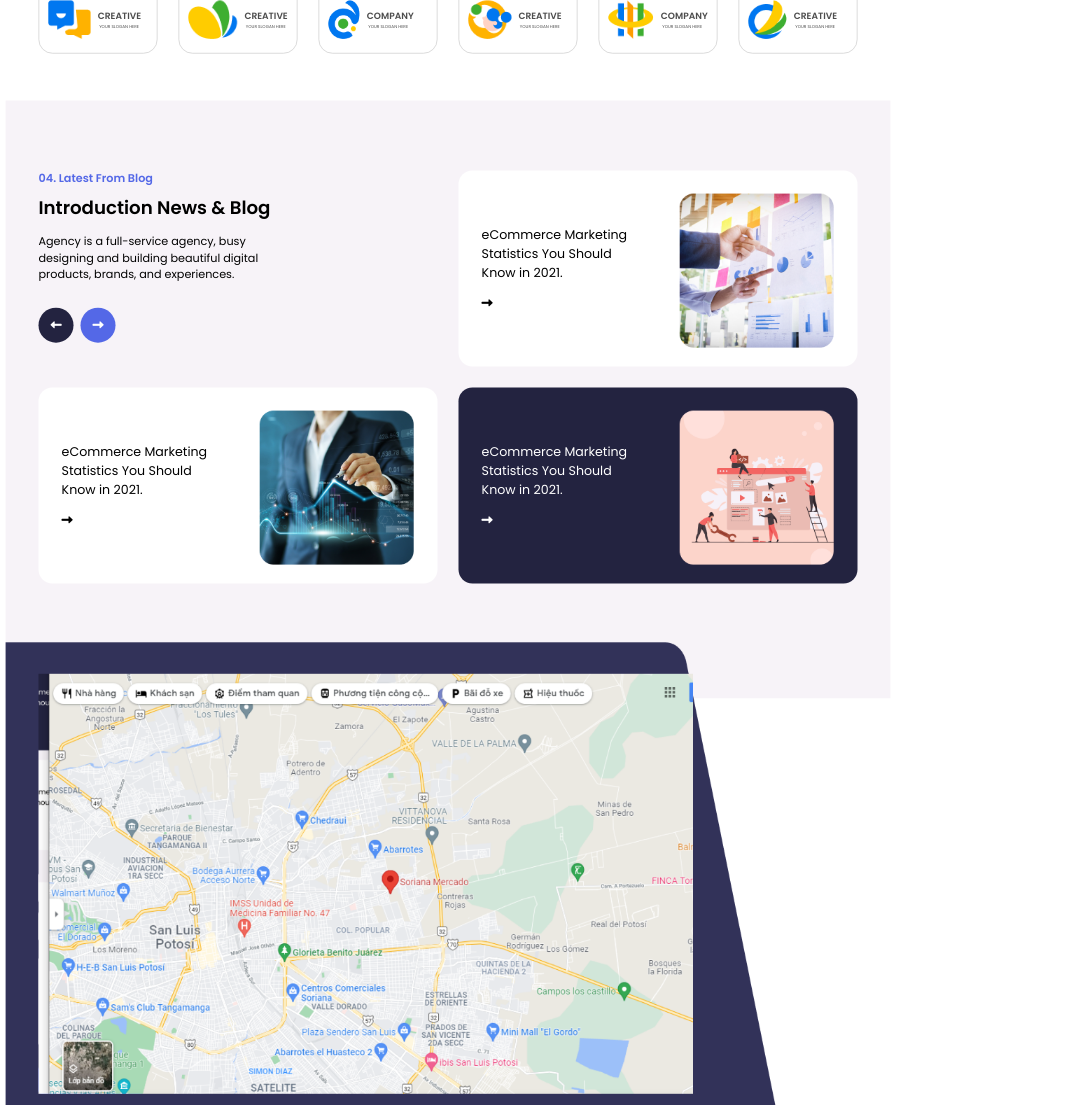
Repository: tranchi0120/LangdingPage-Htmlcss-Ago
Page: index.html
The author's editor kept a copy of each file at every save. The page is drawn from the files as they stood at one save, then again after the next save.
The browser window is 1280 px wide. The page is 1280 px wide, then 1560 px, so the pictures cover 1560 px, including what lies to the right of the window. The pictures show the part of the page from y = 3352 to 4952 px (the page is 4937 px tall before and 4952 px after), at 70% of full size.
Some web libraries are served in a nearby version. The style sheet was rebuilt from its Sass, Less or Tailwind sources for each picture, by a compiler version that may differ from the author's.

Above is the page before, as saved 2022-07-15 10:14:33.

### index.html
<!DOCTYPE html>
<html lang="en">

<head>
    <meta charset="UTF-8" />
    <meta http-equiv="X-UA-Compatible" content="IE=edge" />
    <meta name="viewport" content="width=device-width, initial-scale=1.0" />
    <title>Ago</title>
    <!-- css -->
    <link rel="stylesheet" href="./css/app.css" />
    <!-- google font  -->
    <link rel="preconnect" href="https://fonts.googleapis.com" />
    <link rel="preconnect" href="https://fonts.gstatic.com" crossorigin />
    <link href="https://fonts.googleapis.com/css2?family=Poppins:wght@400;600&display=swap" rel="stylesheet" />
    <!-- google icon awaresome -->
    <link rel="stylesheet" href="https://cdnjs.cloudflare.com/ajax/libs/font-awesome/6.1.1/css/all.min.css">
    <!-- sass ./sass/app.scss ./css/app.css --watch -->
</head>

<body>
    <header class="header">
        <div class="header-top container">
            <span class="header-top-title">
                Welcome to Ago! Building Creative Business Agency
            </span>
            <div class="header-top-right">
                <div class="header-login">
                    <i class="fa-solid fa-user"></i>
                    <a href="#!" style="color:#666666">Login</a>
                </div>
                <div class="header-nation">
                    <i class="fa-solid fa-globe"></i>
                    <span class="header-language">English</span>
                    <i class="fa-solid fa-angle-down"></i>
                </div>
            </div>
        </div>
        <div class="header-line">
        </div>
        <div class="header-under container">
            <div class="header-under-logo">
                <div class="header-under-image">
                    <img class="header-under-img" src="./images/logo.png" alt="#">
                </div>
                <span class="header-under-name">Ago</span>
            </div>
            <div class="header-menu">
                <ul class="menu">
                    <li class="menu-item">
                        <a href="#" class="menu-link">Home</a>
                    </li>
                    <li class="menu-item">
                        <a href="#" class="menu-link">Features</a>
                        <i class="fa-solid fa-angle-down"></i>
                    </li>
                    <li class="menu-item">
                        <a href="#" class="menu-link">Services</a>
                    </li>
                    <li class="menu-item">
                        <a href="#" class="menu-link">Pages</a>
                    </li>
                    <li class="menu-item">
                        <a href="#" class="menu-link">Blog</a>
                    </li>
                    <li class="menu-item">
                        <a href="#" class="menu-link">Support</a>
                    </li>
                </ul>
                <div class="menu-button">
                    <i class="fa-solid fa-magnifying-glass menu-icon"></i>
                    <div class="button">Contact Us</div>
                </div>
            </div>
        </div>
    </header>
    <main>
        <section class="hero">
            <div class="container">
                <div class="hero-main">
                    <div class="hero-left">
                        <div class="hero-title">
                            Trusted Professional Service.
                        </div>
                        <span class="hero-content">
                            Ago is a full-service agency, busy designing and building beautiful digital products,
                            brands, and
                            experiences.
                        </span>
                        <div class="hero-button">
                            <div class="button">Recent Work</div>
                        </div>
                        <div class="hero-down">
                            <div class="hero-icondown">
                                <i style="color:#ffffff ;" class="fa-solid fa-arrow-down"></i>
                            </div>
                            <p class="hero-scroll">
                                Scroll Down
                            </p>
                        </div>
                    </div>
                    <div class="hero-right">
                        <img src="./images/hero.png" alt="#">
                    </div>
                </div>
            </div>
        </section>
        <section class="about">
            <div class="container">
                <div class="about-main">
                    <div class="about-images">
                        <img src="./images/about1.png" alt="#" class="about-img1">
                        <img src="./images/about2.png" alt="#" class="about-img2">
                        <img src="./images/about3.png" alt="#" class="about-img3">
                    </div>
                    <div class="about-us">
                        <h5 class="about-number">
                            01. About Us
                        </h5>
                        <div class="about-title">
                            We Make Designs that Lead and Inpire.
                        </div>
                        <div class="about-name">
                            A design team building a created
                            marketplace for UI designers.
                        </div>
                        <div class="about-content">
                            2,360 curated design resources to energize your creative workflow. We're a growing family of
                            682,268 designers and makers from around the world
                        </div>
                        <div class="menu-button">
                            <div class="button">Contact Us</div>
                        </div>
                    </div>
                </div>
            </div>
        </section>
        <section class="interactive">
            <div class="container">
                <div class="interactive-main">
                    <h5 class="interactive-number">
                        02. What We Do
                    </h5>
                    <div class="interactive-title">
                        <span class="interactive-name">
                            We Make Designs that Lead and Inpire.
                        </span>
                        <i class="fa-solid fa-left-long interactive-iconleft"></i>
                        <i class="fa-solid fa-right-long"></i>
                    </div>
                    <div class="interactive-group">
                        <div class="interactive-box">
                            <div class="row-circle">
                                <img class="row-img" src="./images/row1.png" alt="#">
                                <h2 class="row-number">
                                    26k
                                </h2>
                                <span class="row-title">
                                    Happy Clients
                                </span>
                            </div>
                            <div class="row-circle2">
                                <img class="row-img" src="./images/row2.png" alt="#">
                                <h2 class="row-number2">
                                    76k
                                </h2>
                                <span class="row-title2">
                                    Project Done
                                </span>
                                <span class="row-content2">
                                    Lorem ipsum dolor sit amet, consectetur adipiscing elit. Mauris sapien egestas augue
                                    enim amet scelerisque.
                                </span>
                            </div>
                            <div class="row-circle">
                                <img class="row-img" src="./images/row3.png" alt="#">
                                <h2 class="row-number">
                                    20k
                                </h2>
                                <span class="row-title">
                                    AWARDS WON
                                </span>
                            </div>
                            <div class="row-circle">
                                <img class="row-img" src="./images/row4.png" alt="#">
                                <h2 class="row-number">
                                    20k
                                </h2>
                                <span class="row-title">
                                    DAILY DATA INPUT
                                </span>
                            </div>
                        </div>
                    </div>
                </div>
            </div>
        </section>
        <section class="service">
            <div class="container">
                <h5 class="service-number">
                    03. Our Services
                </h5>
                <div class="service-title">
                    <span class="service-name">
                        Welcome to Our Professional Service
                    </span>
                </div>
                <div class="service-main">
                    <div class="service-left">
                        <h2 class="service-left-title">
                            Professional Website
                            Design Consulting
                        </h2>
                        <p class="service-left-content">
                            Agency is a full-service agency, busy designing and building beautiful digital products,
                            brands, and experiences.
                        </p>
                        <div class="menu-button">
                            <div class="button">View Detail</div>
                        </div>
                        <div class="service-left-images">
                            <img src="./images/service1.png" alt="#" class="service-left-img">
                            <img src="./images/service2.png" alt="#" class="service-left-img">
                            <img src="./images/service3.png" alt="#" class="service-left-img">
                        </div>
                    </div>
                    <div class="service-right">
                        <img src="./images/service4.png" alt="#" class="service-right-img">
                    </div>
                </div>
                <div class="service-bottom">
                    <div class="service-box">
                        <div class="service-box-imgs">
                            <img src="./images/logo1.png" alt="#" class="service-box-img">
                        </div>
                        <div class="service-box-text">
                            <h2 class="service-box-title">CREATIVE</h2>
                            <p class="service-box-slogan">YOUR SLOGAN HERE</p>
                        </div>
                    </div>
                    <div class="service-box">
                        <div class="service-box-imgs">
                            <img src="./images/logo2.png" alt="#" class="service-box-img">
                        </div>
                        <div class="service-box-text">
                            <h2 class="service-box-title">CREATIVE</h2>
                            <p class="service-box-slogan">YOUR SLOGAN HERE</p>
                        </div>
                    </div>
                    <div class="service-box">
                        <div class="service-box-imgs">
                            <img src="./images/logo3.png" alt="#" class="service-box-img">
                        </div>
                        <div class="service-box-text">
                            <h2 class="service-box-title">COMPANY</h2>
                            <p class="service-box-slogan">YOUR SLOGAN HERE</p>
                        </div>
                    </div>
                    <div class="service-box">
                        <div class="service-box-imgs">
                            <img src="./images/logo4.png" alt="#" class="service-box-img">
                        </div>
                        <div class="service-box-text">
                            <h2 class="service-box-title">CREATIVE</h2>
                            <p class="service-box-slogan">YOUR SLOGAN HERE</p>
                        </div>
                    </div>
                    <div class="service-box">
                        <div class="service-box-imgs">
                            <img src="./images/logo5.png" alt="#" class="service-box-img">
                        </div>
                        <div class="service-box-text">
                            <h2 class="service-box-title">COMPANY</h2>
                            <p class="service-box-slogan">YOUR SLOGAN HERE</p>
                        </div>
                    </div>
                    <div class="service-box">
                        <div class="service-box-imgs">
                            <img src="./images/logo6.png" alt="#" class="service-box-img">
                        </div>
                        <div class="service-box-text">
                            <h2 class="service-box-title">CREATIVE</h2>
                            <p class="service-box-slogan">YOUR SLOGAN HERE</p>
                        </div>
                    </div>
                </div>
            </div>
        </section>
        <section class="latest">
            <div class="container">
                <div class="latest-main">
                    <div class="latest-group">
                        <h5 class="latest-number">
                            04. Latest From Blog
                        </h5>
                        <span class="latest-title">
                            Introduction News & Blog
                        </span>
                        <p class="latest-content">
                            Agency is a full-service agency, busy designing and building beautiful digital products,
                            brands, and experiences.
                        </p>
                        <div class="latest-icon">
                            <div class="latest-icon-left">
                                <i class="fa-solid fa-left-long"></i>
                            </div>
                            <div class="latest-icon-right">
                                <i class="fa-solid fa-right-long"></i>
                            </div>
                        </div>
                    </div>
                    <div class="latest-groups">
                        <div class="latest-box">
                            <p class="latest-text">
                                eCommerce Marketing
                                Statistics You Should
                                Know in 2021.
                            </p>
                            <i class="fa-solid fa-right-long"></i>
                        </div>
                        <div class="latest-image">
                            <img src="./images/latest1.png" alt="#" class="latest-img">
                        </div>
                    </div>
                    <div class="latest-groups">
                        <div class="latest-box">
                            <p class="latest-text">
                                eCommerce Marketing
                                Statistics You Should
                                Know in 2021.
                            </p>
                            <i class="fa-solid fa-right-long"></i>
                        </div>
                        <div class="latest-image">
                            <img src="./images/latest2.png" alt="#" class="latest-img">
                        </div>
                    </div>
                    <div class="latest-groups3">
                        <div class="latest-box3">
                            <p class="latest-text3">
                                eCommerce Marketing
                                Statistics You Should
                                Know in 2021.
                            </p>
                            <i class="fa-solid fa-right-long"></i>
                        </div>
                        <div class="latest-image">
                            <img src="./images/latest3.png" alt="#" class="latest-img">
                        </div>
                    </div>
                </div>
            </div>
        </section>
        <section class="contact">
            <img class="contact-background" src="./images/background.png" alt="#">
            <div class="container">
                <div class="contact-main">
                    <div class="contact-left">
                        <h5 class="contact-left-number">
                            04. Latest From Blog
                        </h5>
                        <span class="contact-left-title">
                            Introduction News & Blog
                        </span>
                        <div class="contact-left-import">
                            <input class="contact-left-input" type="text" placeholder="Name *">
                            <input class="contact-left-input" type="text" placeholder="Email *">
                            <input class="contact-left-input" type="text" placeholder="Phone *">
                            <input class="contact-left-input" type="text" placeholder="Subject *">
                        </div>
                        <textarea class="contact-left-textarea" name="text" id="#" cols="30" rows="10"
                            placeholder="Messege *"></textarea>
                        <div class="menu-button">
                            <div class="button">Contact Now</div>
                        </div>
                    </div>
                    <div class="contact-right">
                        <img class="contact-right-img" src="./images/map.png" alt="#">
                    </div>
                </div>
            </div>
        </section>
    </main>
    <footer>
    </footer>
</body>

</html>

### sass/app.scss
@import "global";
@import "header";
@import "menu";
@import "variable";
@import "hero";
@import "about";
@import "interactive";
@import "row";
@import "service";
@import "latest";
@import "contact";

### sass/_global.scss
.container {
    max-width: 1170px;
    margin: 0 auto;
}
.body {
    background: #ffffff;
}
* {
    box-sizing: border-box;
    font-family: "Poppins", sans-serif;
}
a {
    text-decoration: none;
}
ul {
    list-style-type: none !important;
}
.button {
    border: none;
    padding: auto;
    width: 150px;
    background: #5468e7;
    height: 40px;
    text-align: center;
    justify-content: center;
    padding: 7px;
    border-radius: 5px;
    color: white;
    font-size: 14px;
    line-height: 21px;
    padding: 10px;
}

### sass/_menu.scss
.menu {
    height: 24px;
    width: 550px;
    display: flex;
    justify-content: space-between;
    align-items: center;
    // gap: 40px;
    &-button {
        display: flex;
        gap: 29px;
    }
    &-icon {
        width: 18px;
        display: inline-block;
        padding-top: 15px;
        color: #666666;
    }

    &-link {
        color: #000000;
        font-weight: 400;
        font-size: 16px;
        line-height: 24px;
    }
}

### sass/_variable.scss
$font: "Poppins", sans-serif;
$color1: #232340;
$color2: #323259;
$color-btn: #5468e7;
$black: #222222;
$white: #ffffff;

### sass/_hero.scss
.hero {
    height: 800px;
    margin-top: 55px;
    &-main {
        display: flex;

        align-items: center;
    }
    &-title {
        width: 260px;
        line-height: 60px;
        font-weight: 600;
        font-size: 40px;
        margin-bottom: 23px;
    }
    &-content {
        height: 46px;
        width: 317px;
        font-weight: 400;
        font-size: 16px;
        display: inline-block;
        margin-bottom: 60px;
        margin-right: 147px;
    }
    &-down {
        margin-top: 114px;
        display: flex;
        gap: 9px;
    }
    &-icondown {
        border-radius: 50%;
        width: 45px;
        height: 45px;
        text-align: center;
        padding: 13px;
        background: #c897e4;
    }
}

### sass/_interactive.scss
.interactive {
    background: #f7f3f8;
    height: 752px;
    &-number {
        margin-bottom: 10px;
        margin-top: 100px;
        display: inline-block;
        color: #5468e7;
        font-size: 16px;
        line-height: 24px;
        font-weight: 600;
    }
    &-name {
        display: inline-block;
        line-height: 39px;
        font-size: 26px;
        font-weight: 600;
        margin-bottom: 75px;
    }
    &-iconleft {
        margin-right: 19px;
        margin-left: 594px;
    }
    &-box {
        max-height: 360px;
        background: white;
        display: grid;
        grid-template-columns: repeat(4, 1fr) !important;
        border-radius: 30px;
    }
}

### sass/_contact.scss
.contact {
    &-background {
        margin-top: -80px;
    }
    &-left {
        margin-top: -450px;
        &-number {
            margin-bottom: 10px;
            margin-top: 0;
            font-weight: 600;
            line-height: 24px;
            color: white;
            font-size: 16px;
        }
        &-title {
            display: block;
            font-size: 26px;
            line-height: 39px;
            font-weight: 600;
            margin-bottom: 25px;
            color: white;
            margin-bottom: 37px;
        }
        &-input {
            padding: 12px;
            border-radius: 5px;
            height: 45px;
            width: 270px;
            border: none;
        }
        &-import {
            width: 570px;
            display: grid;
            grid-template-columns: repeat(2, 1fr);
            gap: 10px 30px;
        }
        &-textarea {
            padding: 10px;
            border-radius: 5px;
            border: 1px solid #cccccc;
            height: 130px;
            width: 570px;
            margin-top: 20px;
            margin-bottom: 20px;
        }
    }

    &-right {
        margin-top: -600px;
    }
}

Loaded but not shown: sass/_service.scss (94 lines, source omitted); sass/_latest.scss (87 lines, source omitted); sass/_about.scss (57 lines, source omitted); sass/_row.scss (51 lines, source omitted); sass/_header.scss (47 lines, source omitted)

After the next save:
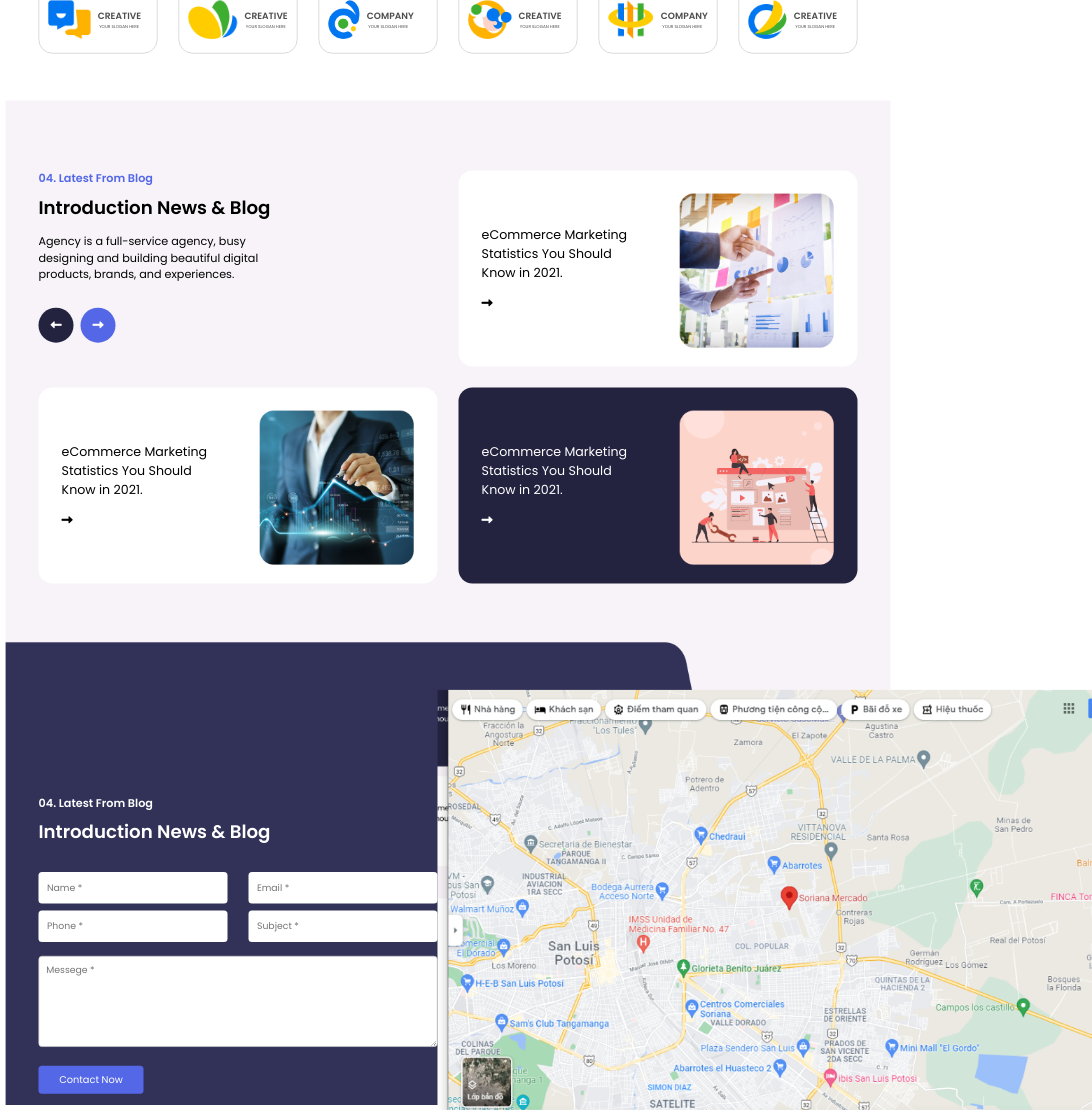
Saved 14 s later.
--- a/sass/_contact.scss
+++ b/sass/_contact.scss
@@ -1,4 +1,7 @@
 .contact {
+    &-main {
+        display: flex;
+    }
     &-background {
         margin-top: -80px;
     }
